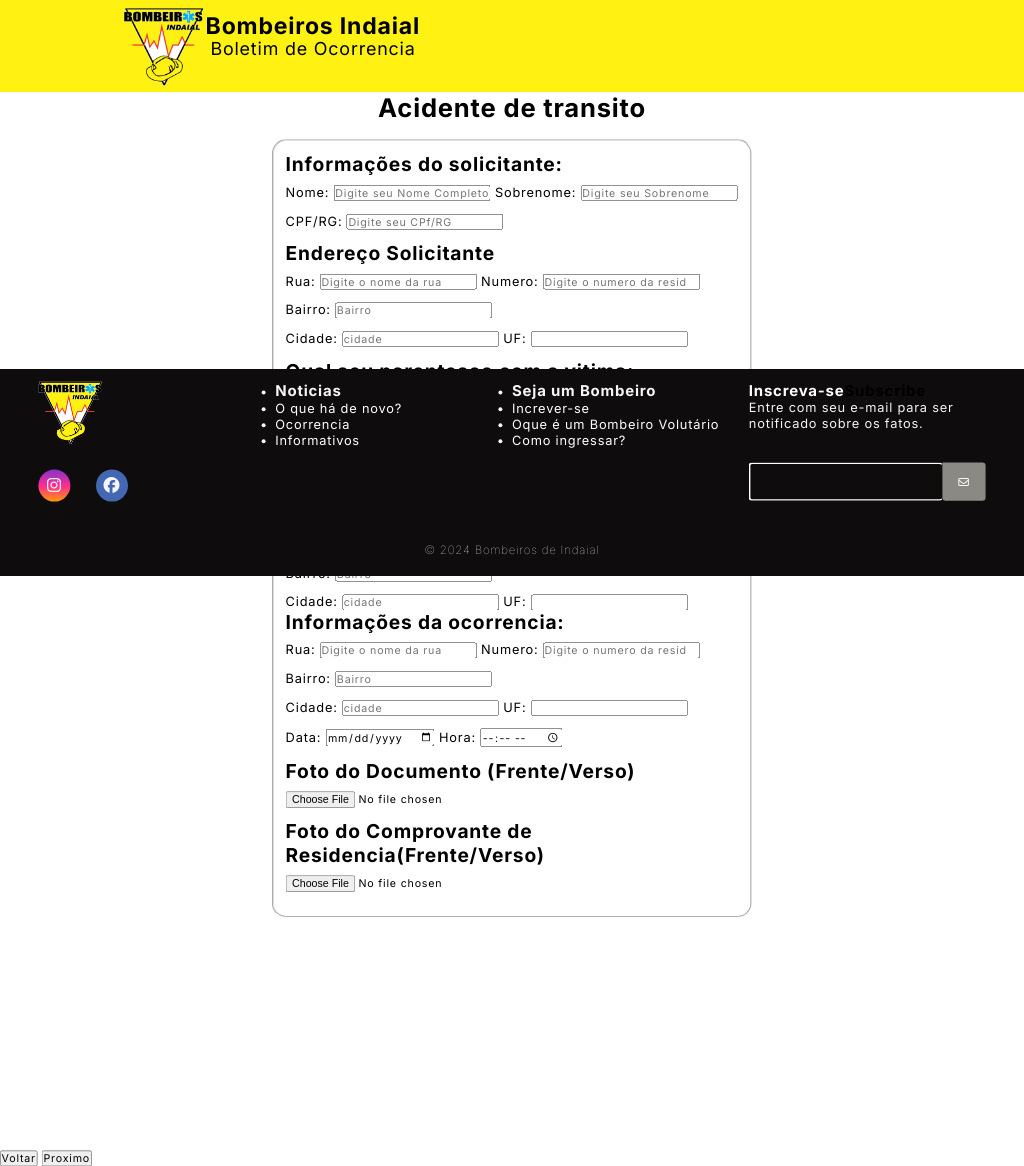
Repository: ThaylonKnopf/ProjetoBV
Page: AcidenteTransito/transitoparente/Form.html
An editor plug-in stored every save of this project. The page is shown before and after the next save, followed by the edit.
The browser window is 1280 px wide. The pictures show the whole page, at 80% of full size.

Above is the page before, as saved 2024-04-08 11:43:08.

After the next save:
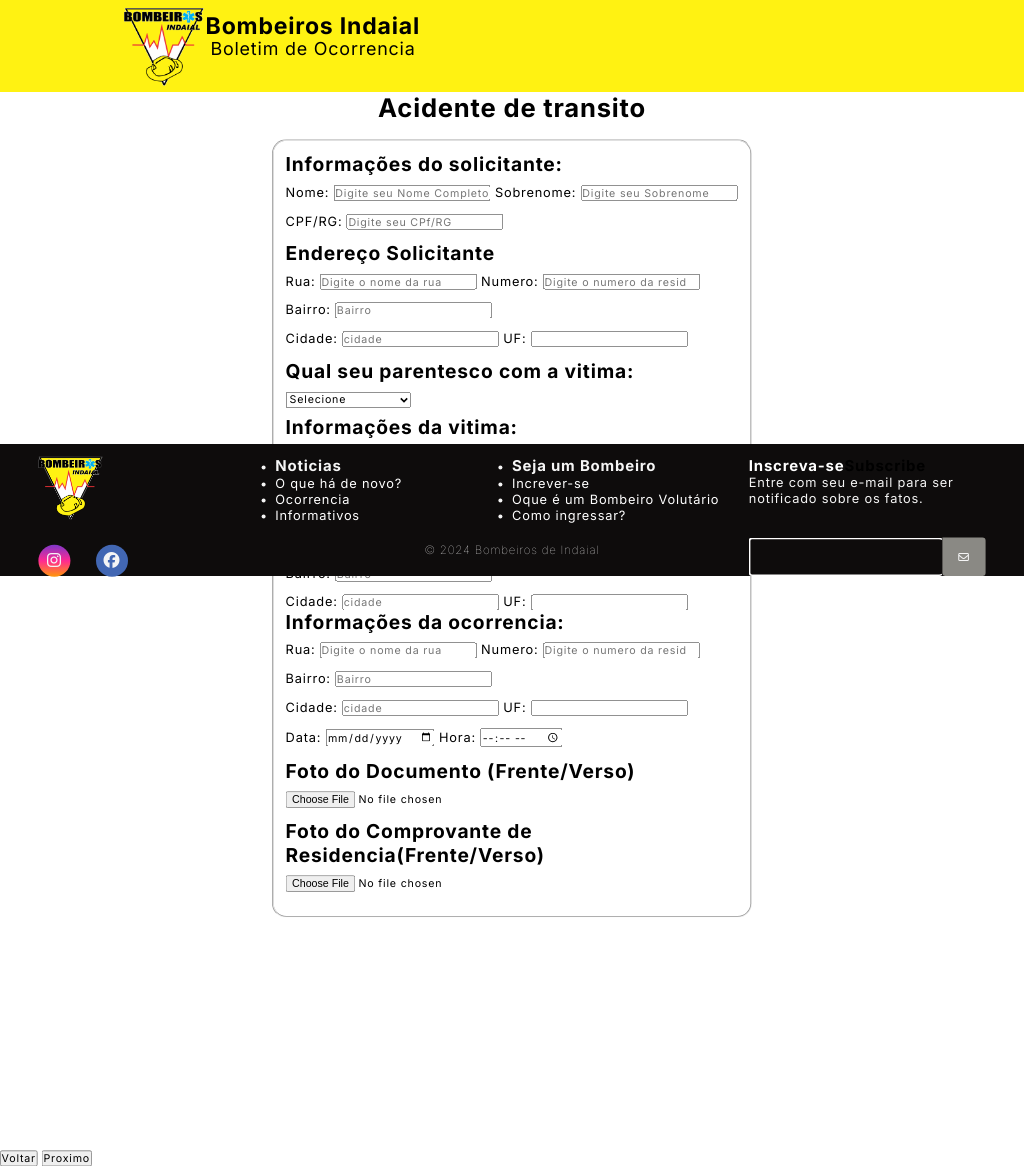
Saved 7 s later.
--- a/AcidenteTransito/transitoparente/estilo-fato.css
+++ b/AcidenteTransito/transitoparente/estilo-fato.css
@@ -46,7 +46,7 @@
 }
 
 #footer_content{
-    height:100px:
+    height:100px;
 }
 
 @media (max-width: 970px) {
